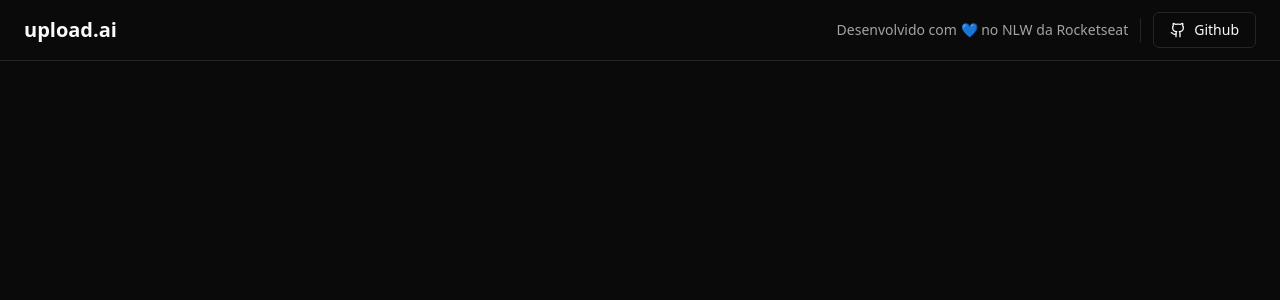
Repository: ricardolimati/upload-ai-web
Page: /
An editor plug-in stored every save of this project. The page is shown before and after a run of saves, followed by the edit.
The browser window is 1280 px wide. The pictures show the whole page.
The project was rebuilt for these pictures with package versions that can differ from the ones it lists, and the page was loaded fresh each time. Also part of the build but not shown: vite.config.ts.

Above is the page before, as saved 2023-09-11 23:18:54.

### src/App.tsx
import {Github} from 'lucide-react'
import { Button } from "./components/ui/button";
import { Separator } from './components/ui/separator';

export function App() {
  return(
   <div className="min-h-screen flex flex-col">
    <div className="px-6 py-3 flex items-center justify-between border-b">
      <h1 className="text-xl font-bold">upload.ai</h1>
      <div className="flex items-center gap-3">
        <span className="text-sm text-muted-foreground">
          Desenvolvido com 💙 no NLW da Rocketseat</span>
          <Separator orientation='vertical' className='h-6' />
        <Button variant="outline">
          <Github className="w-4 h-4 mr-2" />Github
        </Button>
      </div>
    </div>
   </div>
  )
}

### src/index.css
@tailwind base;
@tailwind components;
@tailwind utilities;

@layer base {
  :root {
    --background: 0 0% 3.9%;
    --foreground: 0 0% 98%;
    --card: 0 0% 3.9%;
    --card-foreground: 0 0% 98%;
    --popover: 0 0% 3.9%;
    --popover-foreground: 0 0% 98%;
    --primary: 0 72.2% 50.6%;
    --primary-foreground: 0 85.7% 97.3%;
    --secondary: 0 0% 14.9%;
    --secondary-foreground: 0 0% 98%;
    --muted: 0 0% 14.9%;
    --muted-foreground: 0 0% 63.9%;
    --accent: 0 0% 14.9%;
    --accent-foreground: 0 0% 98%;
    --destructive: 0 62.8% 30.6%;
    --destructive-foreground: 0 0% 98%;
    --border: 0 0% 14.9%;
    --input: 0 0% 14.9%;
    --ring: 0 72.2% 50.6%;

    --radius: 0.5rem;
  }
}

@layer base {
  * {
    @apply border-border;
  }
  body {
    @apply bg-background text-foreground;
  }
}

### src/components/ui/button.tsx
import * as React from "react"
import { Slot } from "@radix-ui/react-slot"
import { cva, type VariantProps } from "class-variance-authority"

import { cn } from "@/lib/utils"

const buttonVariants = cva(
  "inline-flex items-center justify-center rounded-md text-sm font-medium transition-colors focus-visible:outline-none focus-visible:ring-1 focus-visible:ring-ring disabled:pointer-events-none disabled:opacity-50",
  {
    variants: {
      variant: {
        default:
          "bg-primary text-primary-foreground shadow hover:bg-primary/90",
        destructive:
          "bg-destructive text-destructive-foreground shadow-sm hover:bg-destructive/90",
        outline:
          "border border-input bg-transparent shadow-sm hover:bg-accent hover:text-accent-foreground",
        secondary:
          "bg-secondary text-secondary-foreground shadow-sm hover:bg-secondary/80",
        ghost: "hover:bg-accent hover:text-accent-foreground",
        link: "text-primary underline-offset-4 hover:underline",
      },
      size: {
        default: "h-9 px-4 py-2",
        sm: "h-8 rounded-md px-3 text-xs",
        lg: "h-10 rounded-md px-8",
        icon: "h-9 w-9",
      },
    },
    defaultVariants: {
      variant: "default",
      size: "default",
    },
  }
)

export interface ButtonProps
  extends React.ButtonHTMLAttributes<HTMLButtonElement>,
    VariantProps<typeof buttonVariants> {
  asChild?: boolean
}

const Button = React.forwardRef<HTMLButtonElement, ButtonProps>(
  ({ className, variant, size, asChild = false, ...props }, ref) => {
    const Comp = asChild ? Slot : "button"
    return (
      <Comp
        className={cn(buttonVariants({ variant, size, className }))}
        ref={ref}
        {...props}
      />
    )
  }
)
Button.displayName = "Button"

export { Button, buttonVariants }

### src/components/ui/separator.tsx
import * as React from "react"
import * as SeparatorPrimitive from "@radix-ui/react-separator"

import { cn } from "@/lib/utils"

const Separator = React.forwardRef<
  React.ElementRef<typeof SeparatorPrimitive.Root>,
  React.ComponentPropsWithoutRef<typeof SeparatorPrimitive.Root>
>(
  (
    { className, orientation = "horizontal", decorative = true, ...props },
    ref
  ) => (
    <SeparatorPrimitive.Root
      ref={ref}
      decorative={decorative}
      orientation={orientation}
      className={cn(
        "shrink-0 bg-border",
        orientation === "horizontal" ? "h-[1px] w-full" : "h-full w-[1px]",
        className
      )}
      {...props}
    />
  )
)
Separator.displayName = SeparatorPrimitive.Root.displayName

export { Separator }

Loaded but not shown: index.html (common file); src/main.tsx (common file); src/lib/utils.ts (common file); tailwind.config.js (common file)

After the next 4 saves:
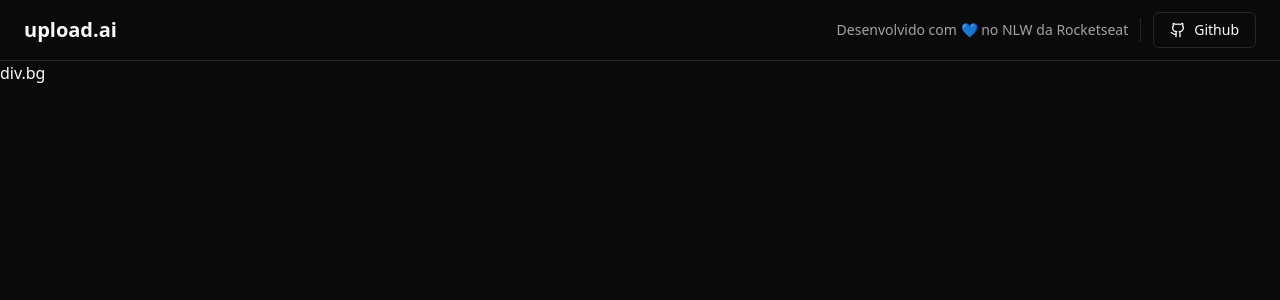
The 4 saves are shown as one change because they came seconds apart.
The last was saved 66 s later.
--- a/src/App.tsx
+++ b/src/App.tsx
@@ -16,6 +16,8 @@
         </Button>
       </div>
     </div>
+
+    div.bg
    </div>
   )
 }

After the save that followed:
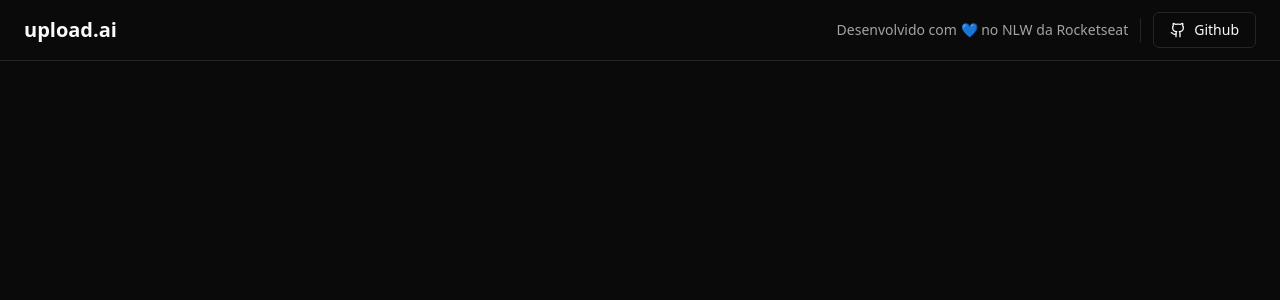
Saved 5 s later.
--- a/src/App.tsx
+++ b/src/App.tsx
@@ -17,7 +17,7 @@
       </div>
     </div>
 
-    div.bg
+    <div className="bg-red-500"></div>
    </div>
   )
 }
